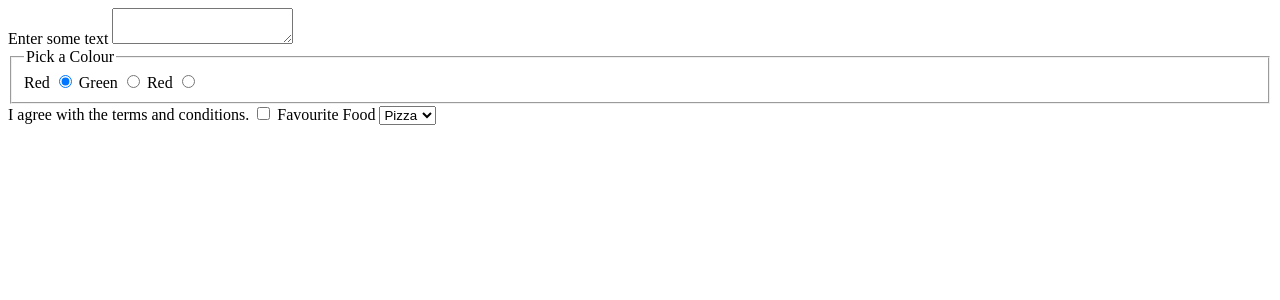
Repository: BlessingAjiboye/WEB222NBA
Page: form.html
These files come from the project's save history. The page is drawn as it stood at one moment and after a run of saves; the edit follows.
The browser window is 1280 px wide. The pictures show the whole page.

Above is the page before, as saved 2023-07-25 22:45:30.
Console error: ReferenceError: infoForm is not defined

After the next 2 saves:
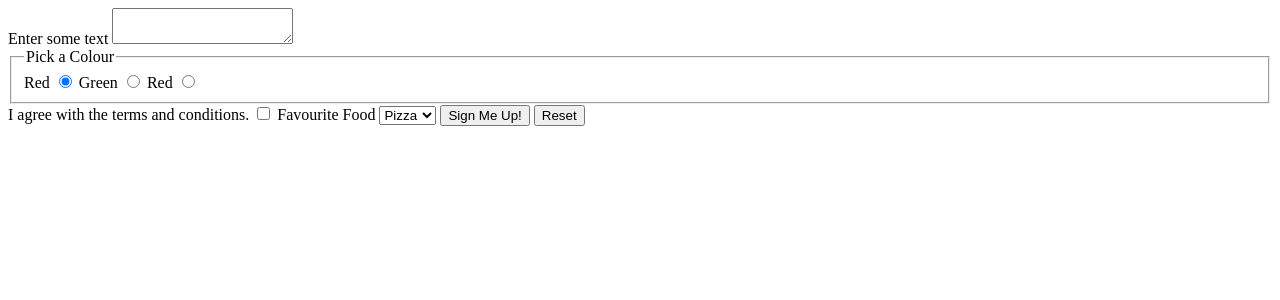
The 2 saves are shown as one change because they came seconds apart.
The last was saved 3 min 21 s later.
--- a/form.html
+++ b/form.html
@@ -33,6 +33,7 @@
         <option value="salad">Salad</option>
         <option value="other">Other</option>
     </select>
+    <input type="submit" value="Sign Me Up!"> <input type="reset">
     <script src="formevent.js"></script>
 </body>
 </html>
